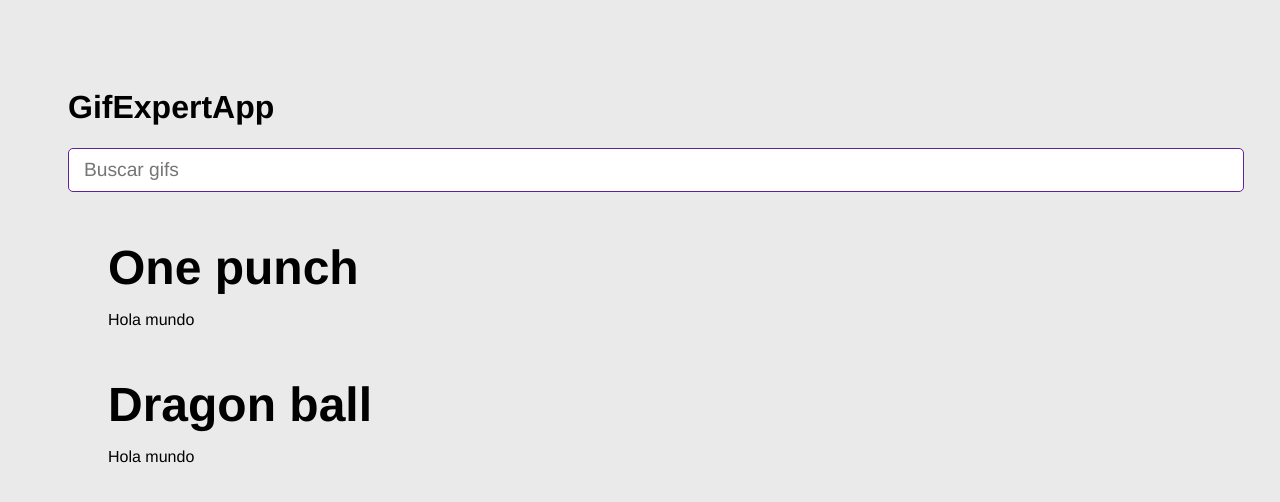
Repository: mmg0206/react-gif-expert
Page: /
An editor plug-in stored every save of this project. The page is shown before and after the next save, followed by the edit.
The browser window is 1280 px wide. The pictures show the whole page.
The project was rebuilt for these pictures with package versions that can differ from the ones it lists, and the page was loaded fresh each time. Also part of the build but not shown: vite.config.js.

Above is the page before, as saved 2024-04-15 17:22:54.

### src/main.jsx
import React from 'react'
import ReactDOM from 'react-dom/client'
import { GifExpertApp } from './GifExpertApp.jsx'
import './styles.css';

if (import.meta.hot) {
  import.meta.hot.on(
    "vite:beforeUpdate",
    /* eslint-disable-next-line no-console */
    () => console.clear()
  );
}

ReactDOM.createRoot(document.getElementById('root')).render(
  <React.StrictMode>
    <GifExpertApp/>
  </React.StrictMode>
)

### src/GifExpertApp.jsx
import { useState } from "react";
import {AddCategory} from "./components/AddCategory";
import GifGrid from "./components/GifGrid";

export const GifExpertApp = () => {
  // const apiKey ='Ls33XwmjLip5m9fo9lFfzjgpz7a8Isa8';
  const [categories, setCategories] = useState(['One punch', 'Dragon ball']);

  const onAddCategory = (newValue)=>{
    if(categories.includes(newValue)) return;
    setCategories(categories.concat(newValue));
  }


  return (
    <>
      <h1>GifExpertApp</h1>

      <AddCategory
        onNewCategory={ event => onAddCategory(event)}
      />

      <ol>
        {
          categories.map( category =>(<GifGrid key={category} category={category}/>))
        }
      </ol>
    </>
  )
}

### src/components/AddCategory.jsx
import { useState } from "react"

export const AddCategory = ({onNewCategory}) => {
    const [inputValue, setInputValue] = useState('');

    const onInputChange = ({target})=>{
        setInputValue(target.value)
    }

    const onSubmit = (event) =>{
        event.preventDefault();
        if(inputValue.trim().length <=1) return;
        onNewCategory(inputValue.trim());
        setInputValue('');
    }

    return (
        <form onSubmit={(e)=>onSubmit(e)}>
            <input
                type="text"
                placeholder="Buscar gifs"
                value={inputValue}
                onChange={(e)=>onInputChange(e)}
            />
        </form>
    )
}

### src/components/GifGrid.jsx
const GifGrid = ({category}) => {
  return (
    <div key={category}>
      <h3>{category}</h3>
      <p>Hola mundo</p>
    </div>
  )
}

export default GifGrid

Loaded but not shown: index.html (common file); src/styles.css (common file)

After the next save:
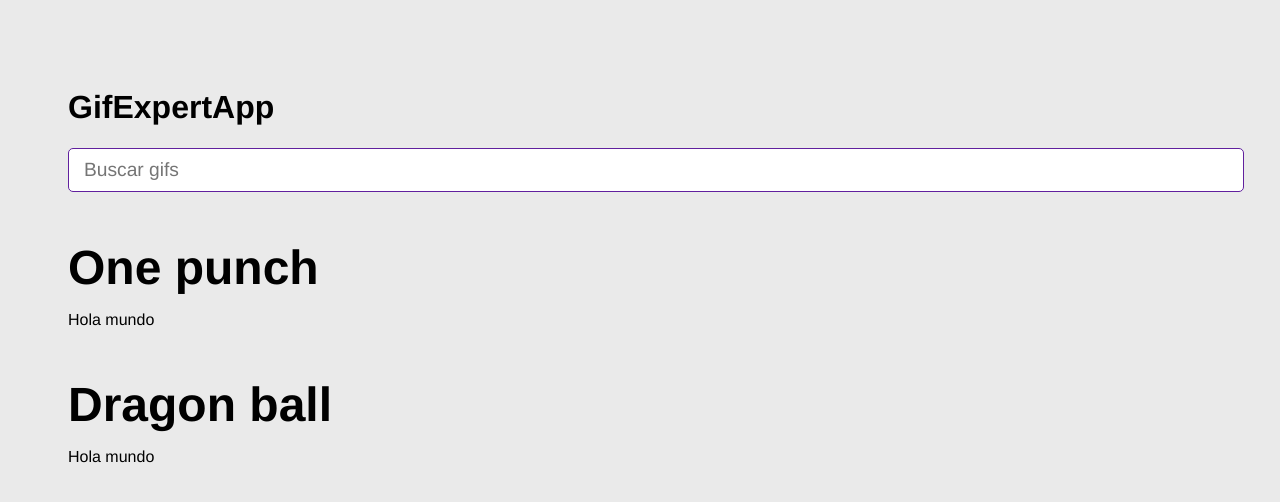
Saved 86 s later.
--- a/src/GifExpertApp.jsx
+++ b/src/GifExpertApp.jsx
@@ -20,11 +20,10 @@ export const GifExpertApp = () => {
         onNewCategory={ event => onAddCategory(event)}
       />
 
-      <ol>
-        {
-          categories.map( category =>(<GifGrid key={category} category={category}/>))
-        }
-      </ol>
+      {
+        categories.map( category =>(<GifGrid key={category} category={category}/>))
+      }
+
     </>
   )
 }
